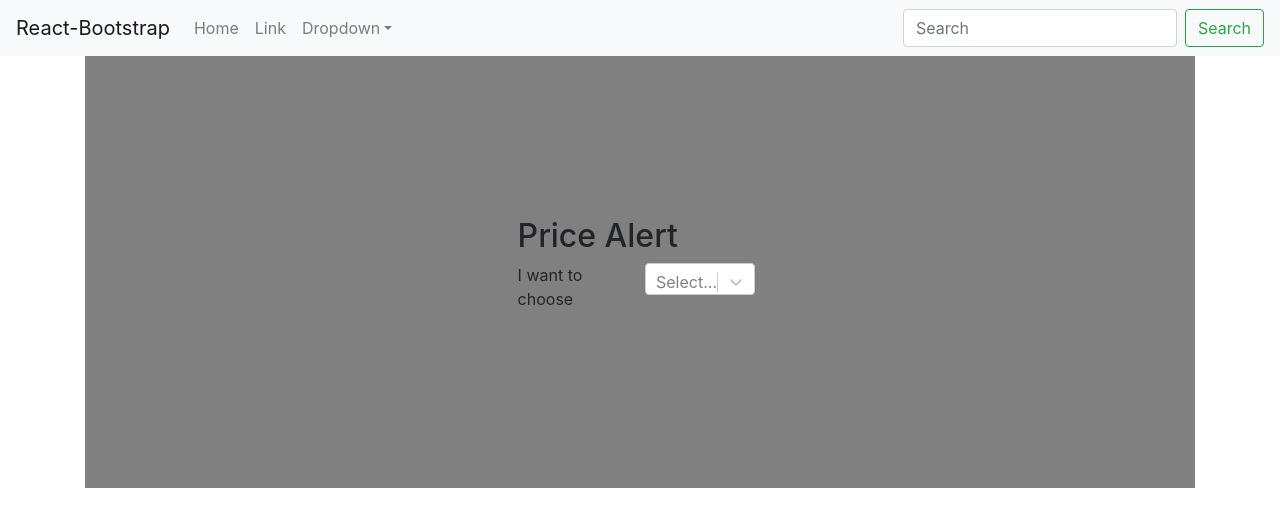
Repository: flychicken123/PriceAlertFront
Page: /
These files come from the project's save history. The page is drawn as it stood at one moment and after the next save; the edit follows.
The browser window is 1280 px wide. The pictures show the whole page.
The page's requests for data from a server got no answer. The project was rebuilt for these pictures with package versions that can differ from the ones it lists, and the page was loaded fresh each time. No one was signed in, and anything a server would have sent is missing. Also part of the build but not shown: src/App.css.

Above is the page before, as saved 2021-03-07 09:51:30.

After the next save:
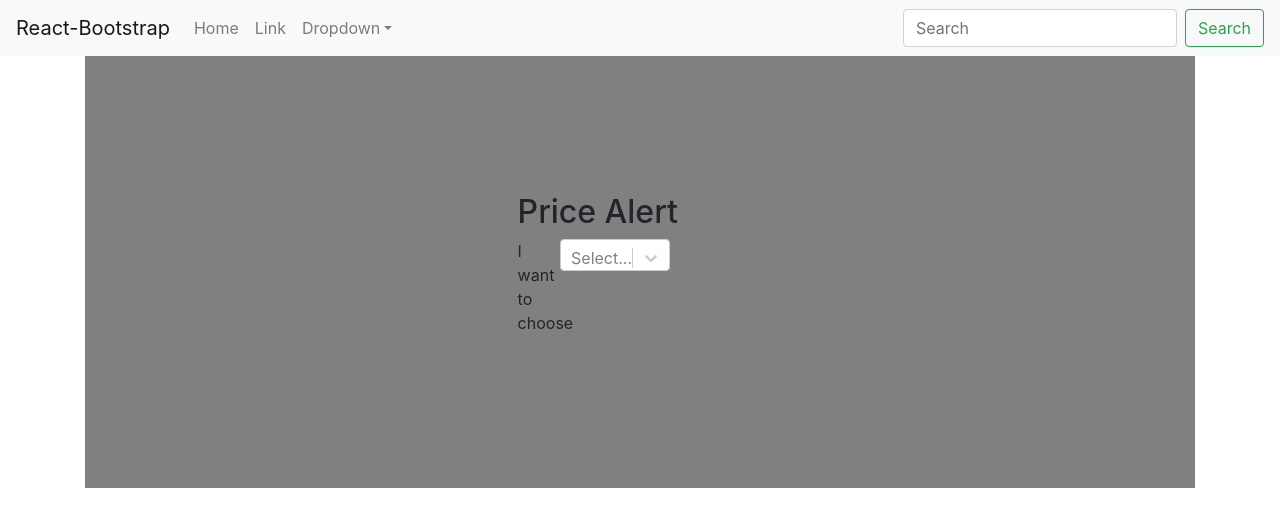
Saved 25 s later.
--- a/src/components/Home.jsx
+++ b/src/components/Home.jsx
@@ -42,7 +42,7 @@
                     <Form>
                         <h2>Price Alert</h2>
                         <Form.Row>
-                            <Col>
+                            <Col lg="2">
                                 <p>I want to choose</p>
                             </Col>
                             <Col>

After the save that followed:
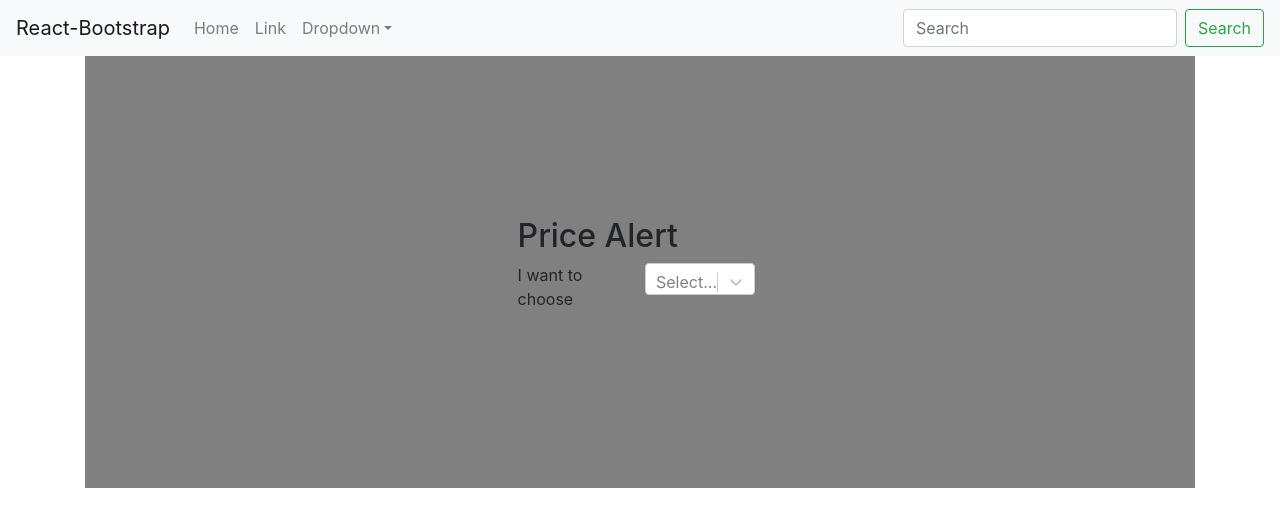
Saved 29 s later.
--- a/src/components/Home.jsx
+++ b/src/components/Home.jsx
@@ -42,7 +42,7 @@
                     <Form>
                         <h2>Price Alert</h2>
                         <Form.Row>
-                            <Col lg="2">
+                            <Col xs>
                                 <p>I want to choose</p>
                             </Col>
                             <Col>
